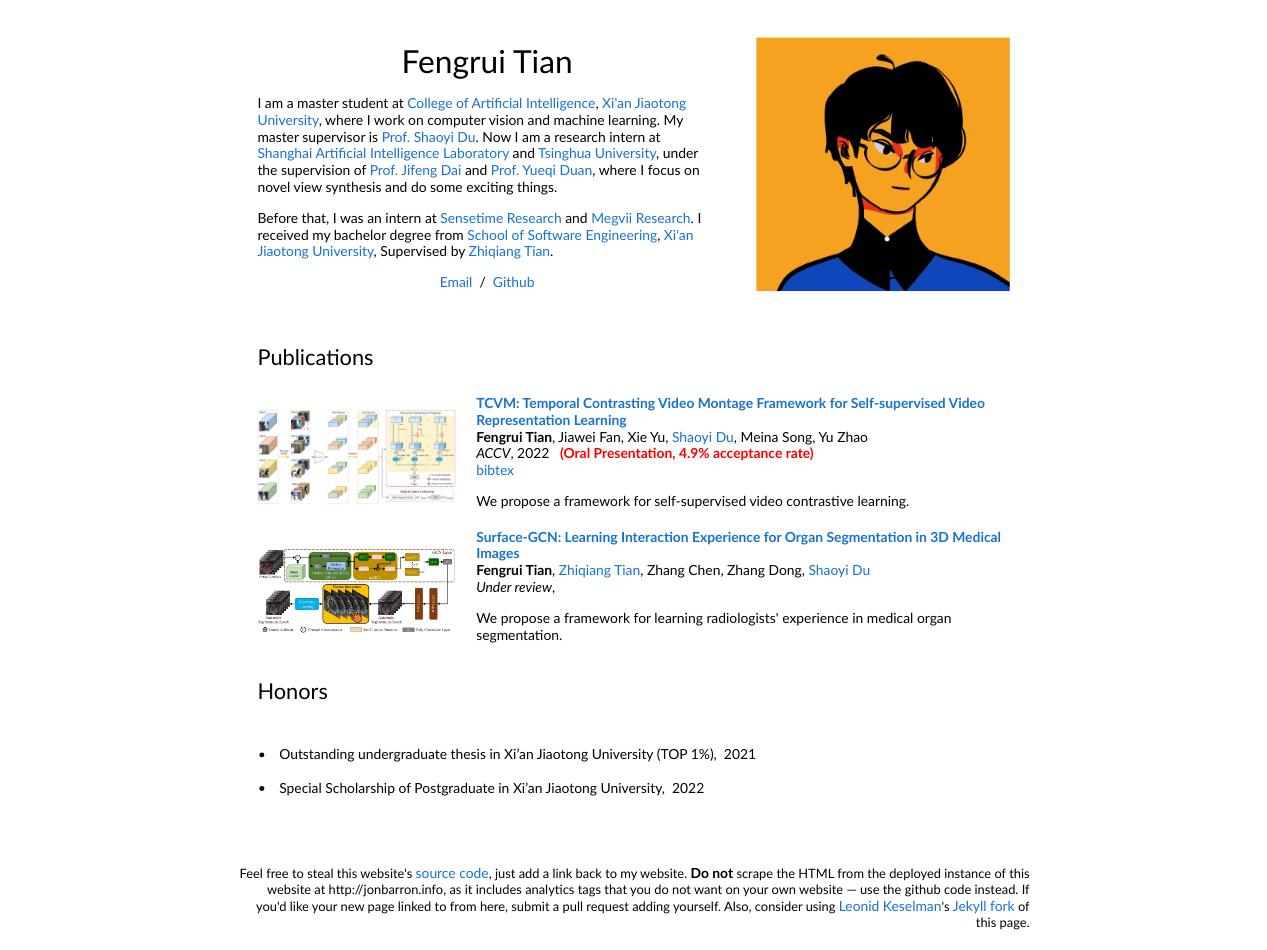
Repository: tianfr/tianfr.github.io
Page: index.html
These files come from the project's save history. The page is drawn as it stood at one moment and after the next save; the edit follows.
The browser window is 1280 px wide. The pictures show the whole page, at 99% of full size.

Above is the page before, as saved 2022-11-20 15:39:39.

After the next save:
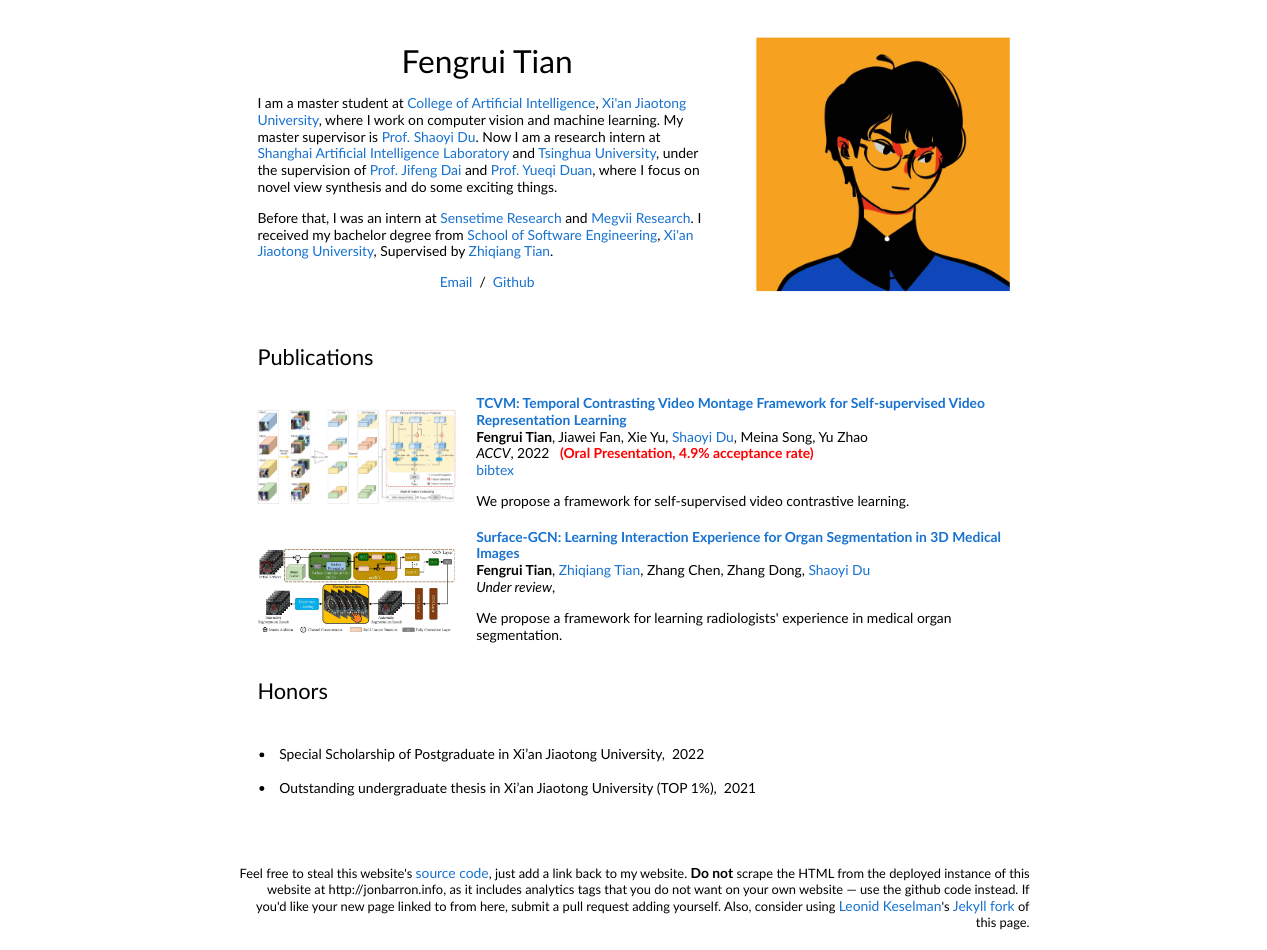
Saved 15 s later.
--- a/index.html
+++ b/index.html
@@ -140,8 +140,8 @@
         <table width="100%" align="center" border="0" cellpadding="20"><tbody>
           <tr>
             <td style="padding:20px;width:100%;vertical-align:middle">
+              <li>Special Scholarship of Postgraduate in Xi’an Jiaotong University,&nbsp; 2022 </li> <br>
               <li>Outstanding undergraduate thesis in Xi’an Jiaotong University (TOP 1%),&nbsp; 2021 </li> <br>
-              <li>Special Scholarship of Postgraduate in Xi’an Jiaotong University,&nbsp; 2022 </li> <br>
           </td>
 
           </tr>
